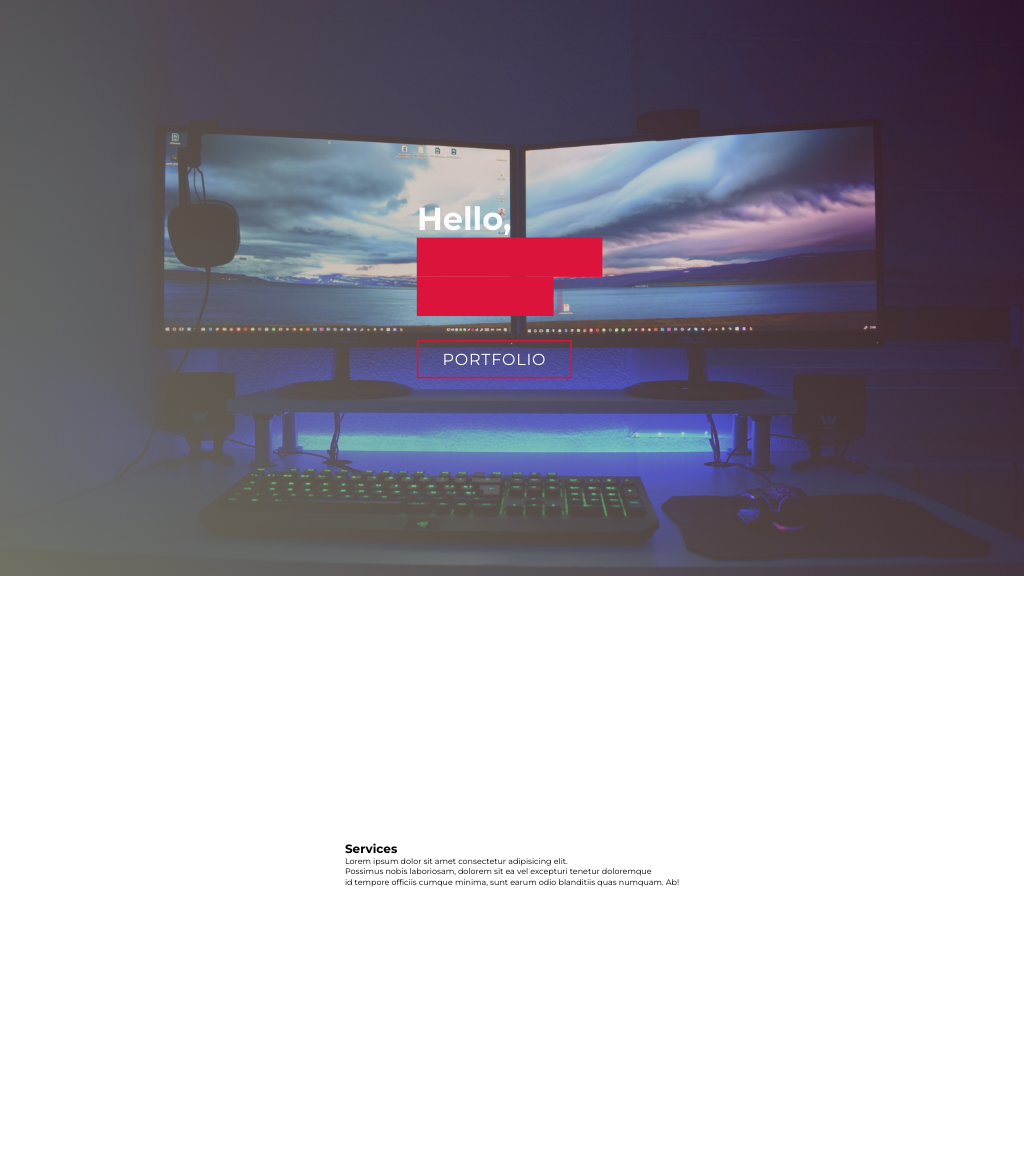
Repository: MintuKrishnan/subrahmanyam-batch
Page: front-end/deshraj/index.html
These files come from the project's save history. The page is drawn as it stood at one moment and after the next save; the edit follows.
The browser window is 1280 px wide. The pictures show the whole page, at 80% of full size.

Above is the page before, as saved 2021-03-08 09:47:58.

### front-end/deshraj/index.html
<!DOCTYPE html>
<html lang="en">
  <head>
    <meta charset="UTF-8" />
    <meta http-equiv="X-UA-Compatible" content="IE=edge" />
    <meta name="viewport" content="width=device-width, initial-scale=1.0" />
    <link rel="stylesheet" href="style.css" />
    <title>My Website</title>
  </head>
  <body>
    <!-- hero section-->
    <section id="hero">
      <div class="hero container">
        <div>
          <h1>Hello,<span></span></h1>
          <h1>My name is <span></span></h1>
          <h1>Desh Raj <span></span></h1>
          <a href="#" type="button" class="cta">Portfolio</a>
        </div>
      </div>
    </section>
    <!-- End of hero section -->

    <!--Sevice section-->
    <section id="services">
      <div class="service container">
        <div class="service-top">
          <h1 class="section-title">Serv<span>i</span>ces</h1>
          <p>
            Lorem ipsum dolor sit amet consectetur adipisicing elit.<br />
            Possimus nobis laboriosam, dolorem sit ea vel excepturi tenetur
            doloremque <br />
            id tempore officiis cumque minima, sunt earum odio blanditiis quas
            numquam. Ab!
          </p>
        </div>
        <div class="service-bottom">
          <div class="service-item"></div>
        </div>
      </div>
    </section>

    <!--End sevice section-->
  </body>
</html>

### front-end/deshraj/style.css
@import url('https://fonts.googleapis.com/css2?family=Montserrat:wght@300;400;700&display=swap');

* {
  padding: 0;
  margin: 0;
  box-sizing: border-box;
}
html {
  font-size: 10px;
  font-family: 'Montserrat', sans-serif;
}
a {
  text-decoration: none;
}
.container {
  min-height: 100vh;
  width: 100%;
  display: flex;
  align-items: center;
  justify-content: center;
}

/* hero section */
#hero {
  /* background-image: url(./siteimg.jpg); */
  background-image: linear-gradient(
      45deg,
      rgba(145, 146, 122, 0.76),
      rgba(217, 91, 133, 0.178)
    ),
    url('./siteimg.jpg');
  /* background-image: url('./siteimg.jpg');*/
  background-size: cover;
  /* background-position: top center;
  position: relative; */
  /* z-index: 1; */
}

/* #hero::after {
  content: '';
  position: absolute;
  left: 0;
  top: 0;
  height: 100%;
  width: 100%;
  background-color: black;
  opacity: 0.7;
  z-index: -1;
} */
/* #hero .hero{
    max-width: 1200px;
    margin: 0 auto;
    padding: 0 50px;
    justify-content: flex-start;
} */
#hero h1 {
  display: block;
  width: fit-content;
  font-size: 4rem;
  position: relative;
  color: transparent;
  animation: text_reveal 3s ease forwards;
  animation-delay: 3s;
}
#hero h1:nth-child(1) {
  animation-delay: 2.8s;
}
#hero h1:nth-child(2) {
  animation-delay: 4.8s;
}
#hero h1:nth-child(3) {
  animation: text_reveal_name 3s ease forwards;
  animation-delay: 4.5s;
}
#hero h1 span {
  position: absolute;
  top: 0;
  left: 0;
  height: 100%;
  width: 0%;
  background-color: crimson;
  animation: text_reveal_box 3s ease;
  animation-delay: 3s;
}
#hero h1:nth-child(1) span {
  animation-delay: 2s;
}
#hero h1:nth-child(2) span {
  animation-delay: 3.8s;
}
#hero h1:nth-child(3) span {
  animation-delay: 4s;
}
#hero .cta {
  display: inline-block;
  padding: 10px 30px;
  color: white;
  background-color: transparent;
  border: 2px solid crimson;
  font-size: 2rem;
  text-transform: uppercase;
  letter-spacing: 0.1rem;
  margin-top: 30px;
  transition: 0.3s ease;
  transition-property: background-color, color;
}
#hero .cta:hover {
  color: white;
  background-color: crimson;
}
/* end hero section */

/* keyframs */
@keyframes text_reveal_box {
  50% {
    width: 100%;
    left: 0;
  }
  100% {
    width: 0;
    left: 100%;
  }
}
@keyframes text_reveal {
  100% {
    color: white;
  }
}
@keyframes text_reveal_name {
  100% {
    color: crimson;
    font-weight: 700;
  }
}
/* End keyframs */

After the next save:
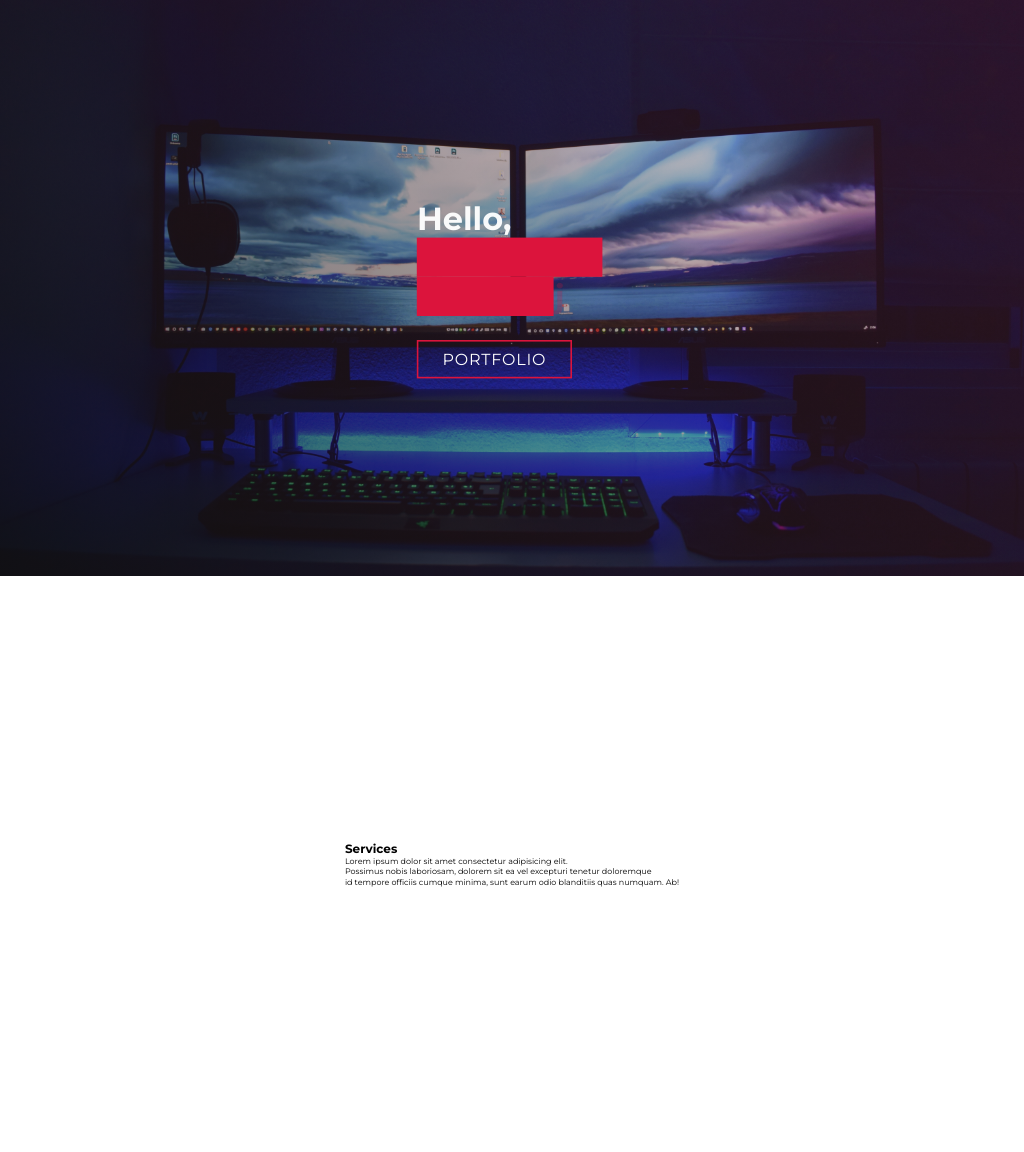
Saved 20 s later.
--- a/front-end/deshraj/style.css
+++ b/front-end/deshraj/style.css
@@ -25,7 +25,7 @@ a {
   /* background-image: url(./siteimg.jpg); */
   background-image: linear-gradient(
       45deg,
-      rgba(145, 146, 122, 0.76),
+      rgba(19, 19, 18, 0.76),
       rgba(217, 91, 133, 0.178)
     ),
     url('./siteimg.jpg');
